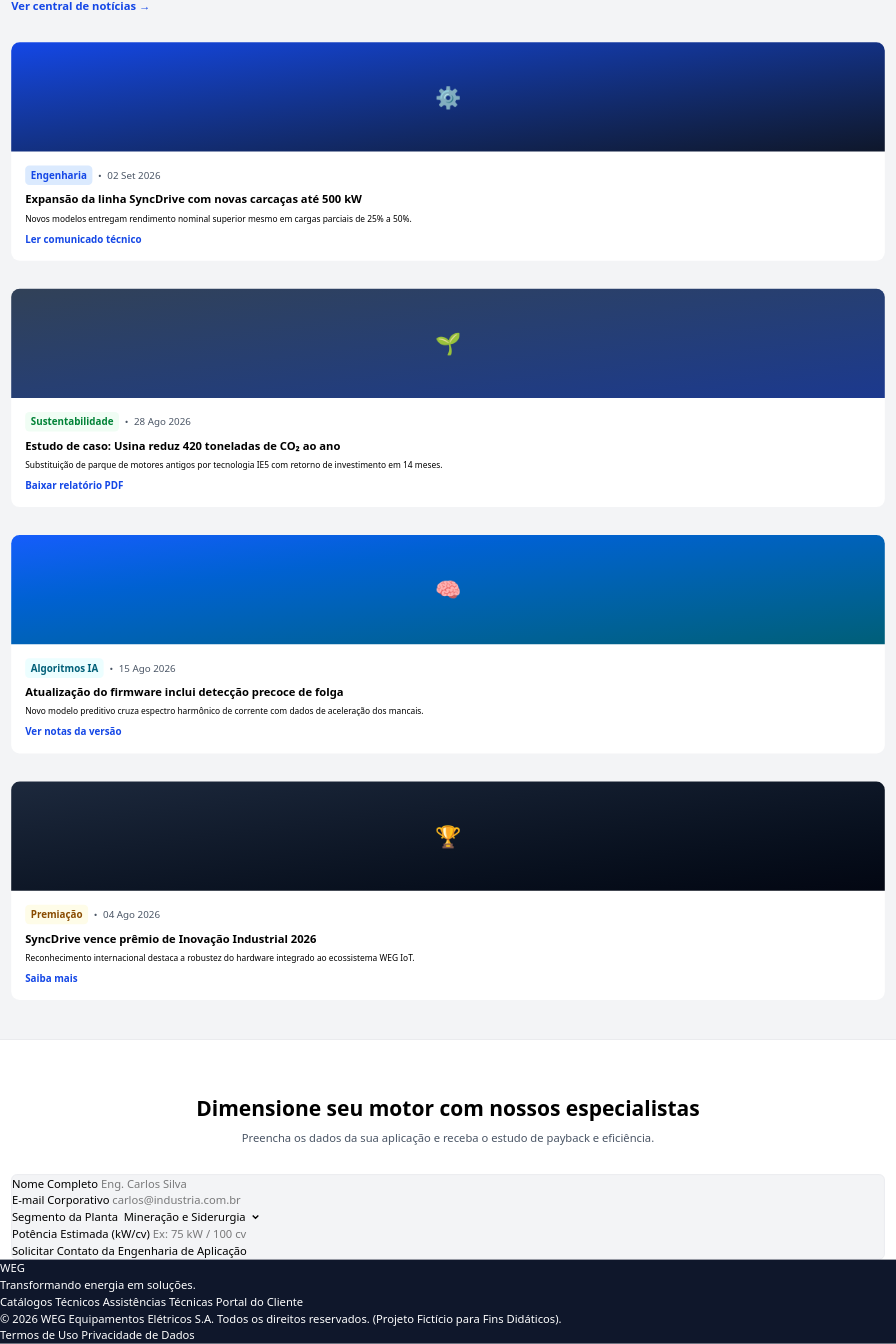
Repository: camilewng/Exercicio-Tailwind
Page: index.html
The author's editor kept a copy of each file at every save. The page is drawn from the files as they stood at one save, then again after the next save.
The browser window is 1280 px wide. The pictures show the part of the page from y = 3028 to 4948 px (the page is 4948 px tall before and 4928 px after), at 70% of full size.

Above is the page before, as saved 2026-09-14 16:31:09.

After the next save:
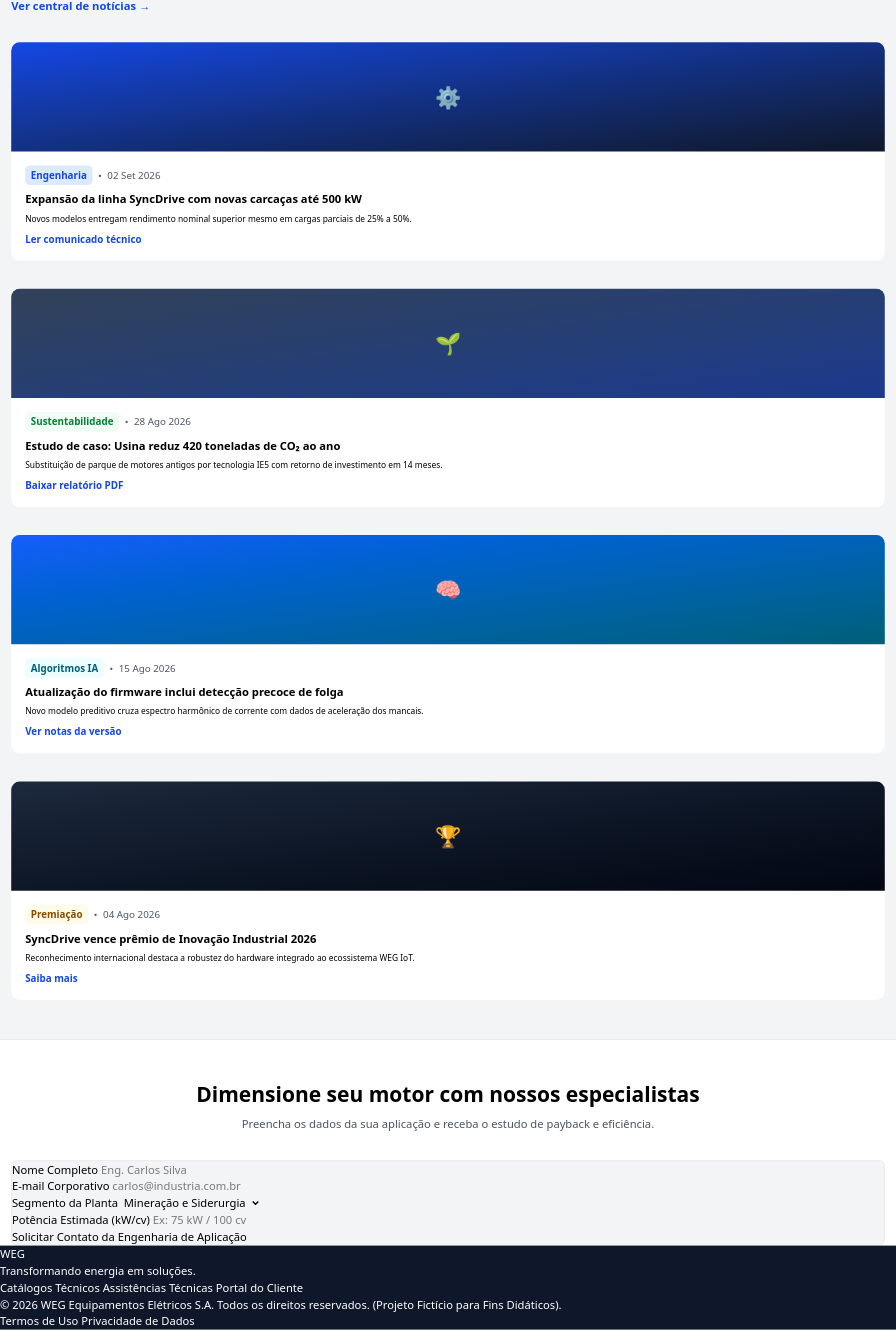
Saved 60 s later.
--- a/index.html
+++ b/index.html
@@ -324,7 +324,7 @@
     <section id="contato">
       <div>
         <div>
-          <h2 class="text-3xl px-5 font-bold text-center pb-3 mt-20">Dimensione seu motor com nossos especialistas</h2>
+          <h2 class="text-3xl px-5 font-bold text-center pb-3 mt-15">Dimensione seu motor com nossos especialistas</h2>
           <p class="text-center px-5 text-gray-600 pb-10">Preencha os dados da sua aplicação e receba o estudo de payback e eficiência.</p>
         </div>
 
